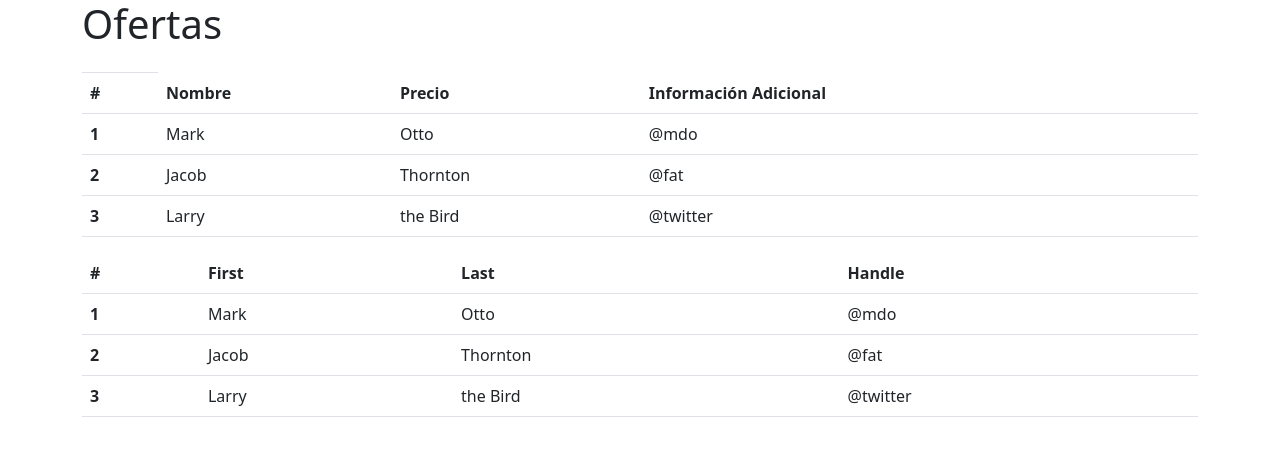
Repository: M4rced/DOO
Page: http://localhost/ofertas
The author's editor kept a copy of each file at every save. The page is drawn from the files as they stood at one save, then again after the next save.
The browser window is 1280 px wide. The pictures show the whole page.
The page is this project's Thymeleaf template; nobody is signed in. The template is opened directly, without the code that normally fills it, so the values that code supplies are empty.

Above is the page before, as saved 2022-11-14 21:40:44.

### OfertarMinitoria/src/main/resources/templates/ofertas.html
<!DOCTYPE html>
<html xmlns:th="http://www.thymeleaf.org">
<head>
<meta charset="UTF-8">
<title>Ver ofertas</title>
<!-- CSS only -->
<link href="https://cdn.jsdelivr.net/npm/bootstrap@5.2.2/dist/css/bootstrap.min.css" rel="stylesheet" integrity="sha384-Zenh87qX5JnK2Jl0vWa8Ck2rdkQ2Bzep5IDxbcnCeuOxjzrPF/et3URy9Bv1WTRi" crossorigin="anonymous">
</head>
<body>
	<div class="container">
		<div class="row">
			<h1>Ofertas</h1>
		</div>
		<table class="table">
			<thead class="thead-dark">
				<th>
				<tr>
					<th scope="col">#</th>
					<th scope="col">Nombre</th>
					<th scope="col">Precio</th>
					<th scope="col">Información Adicional</th>
				</tr>
			</thead>
			<tbody>
				<tr>
					<th scope="row">1</th>
					<td>Mark</td>
					<td>Otto</td>
					<td>@mdo</td>
				</tr>
				<tr>
					<th scope="row">2</th>
					<td>Jacob</td>
					<td>Thornton</td>
					<td>@fat</td>
				</tr>
				<tr>
					<th scope="row">3</th>
					<td>Larry</td>
					<td>the Bird</td>
					<td>@twitter</td>
				</tr>
			</tbody>
		</table>

		<table class="table">
			<thead class="thead-light">
				<tr>
					<th scope="col">#</th>
					<th scope="col">First</th>
					<th scope="col">Last</th>
					<th scope="col">Handle</th>
				</tr>
			</thead>
			<tbody>
				<tr>
					<th scope="row">1</th>
					<td>Mark</td>
					<td>Otto</td>
					<td>@mdo</td>
				</tr>
				<tr>
					<th scope="row">2</th>
					<td>Jacob</td>
					<td>Thornton</td>
					<td>@fat</td>
				</tr>
				<tr>
					<th scope="row">3</th>
					<td>Larry</td>
					<td>the Bird</td>
					<td>@twitter</td>
				</tr>
			</tbody>
		</table>
	</div>
</body>
</html>

After the next save:
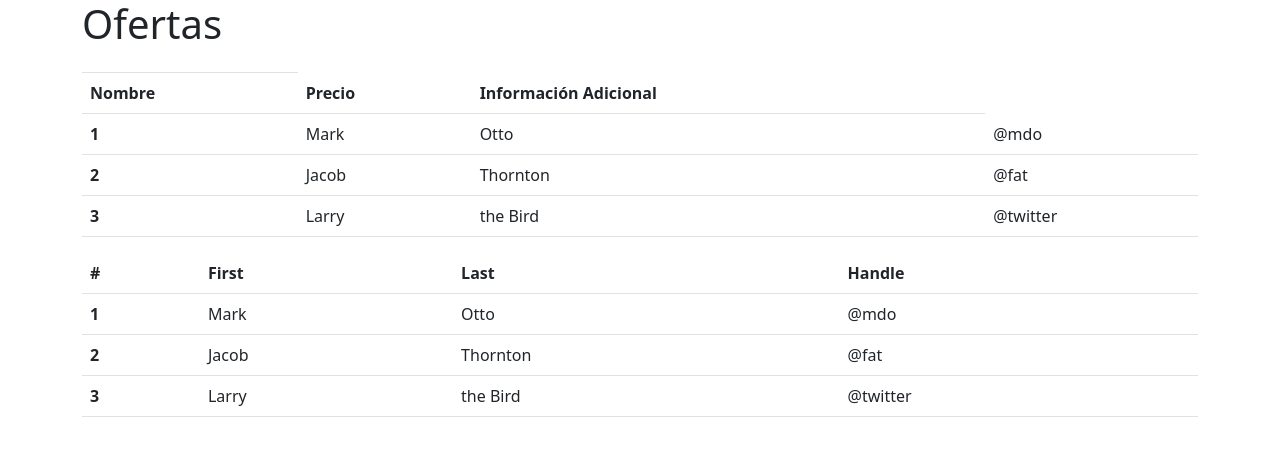
Saved 2 min 29 s later.
--- a/OfertarMinitoria/src/main/resources/templates/ofertas.html
+++ b/OfertarMinitoria/src/main/resources/templates/ofertas.html
@@ -15,7 +15,6 @@
 			<thead class="thead-dark">
 				<th>
 				<tr>
-					<th scope="col">#</th>
 					<th scope="col">Nombre</th>
 					<th scope="col">Precio</th>
 					<th scope="col">Información Adicional</th>
